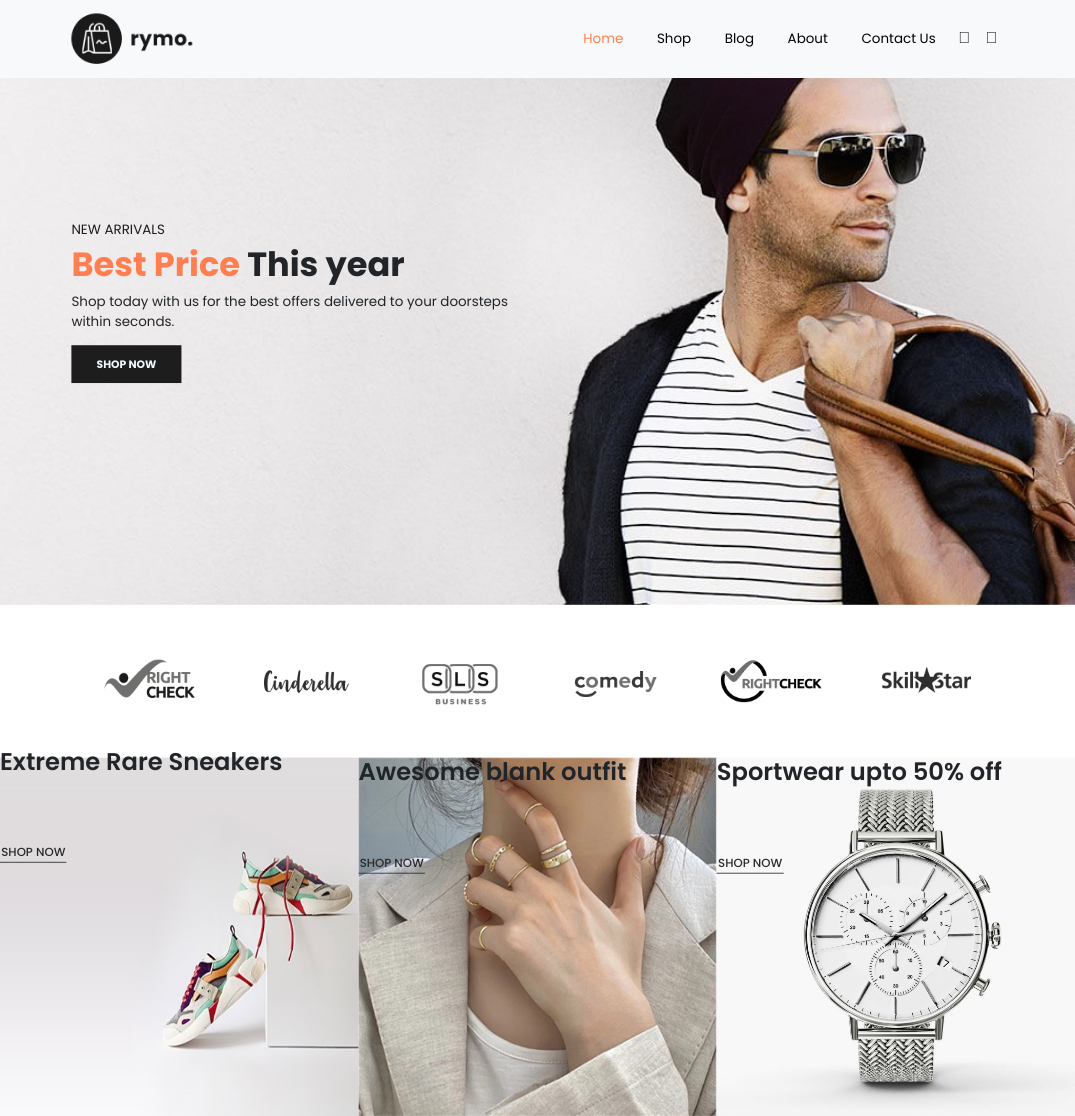
Repository: peter417waweru/e-commerce-UI
Page: index.html
The author's editor kept a copy of each file at every save. The page is drawn from the files as they stood at one save, then again after the next save.
The browser window is 1280 px wide. The pictures show the whole page, at 84% of full size.
Some web libraries are served in a nearby version.

Above is the page before, as saved 2025-02-07 21:25:10.

After the next save:
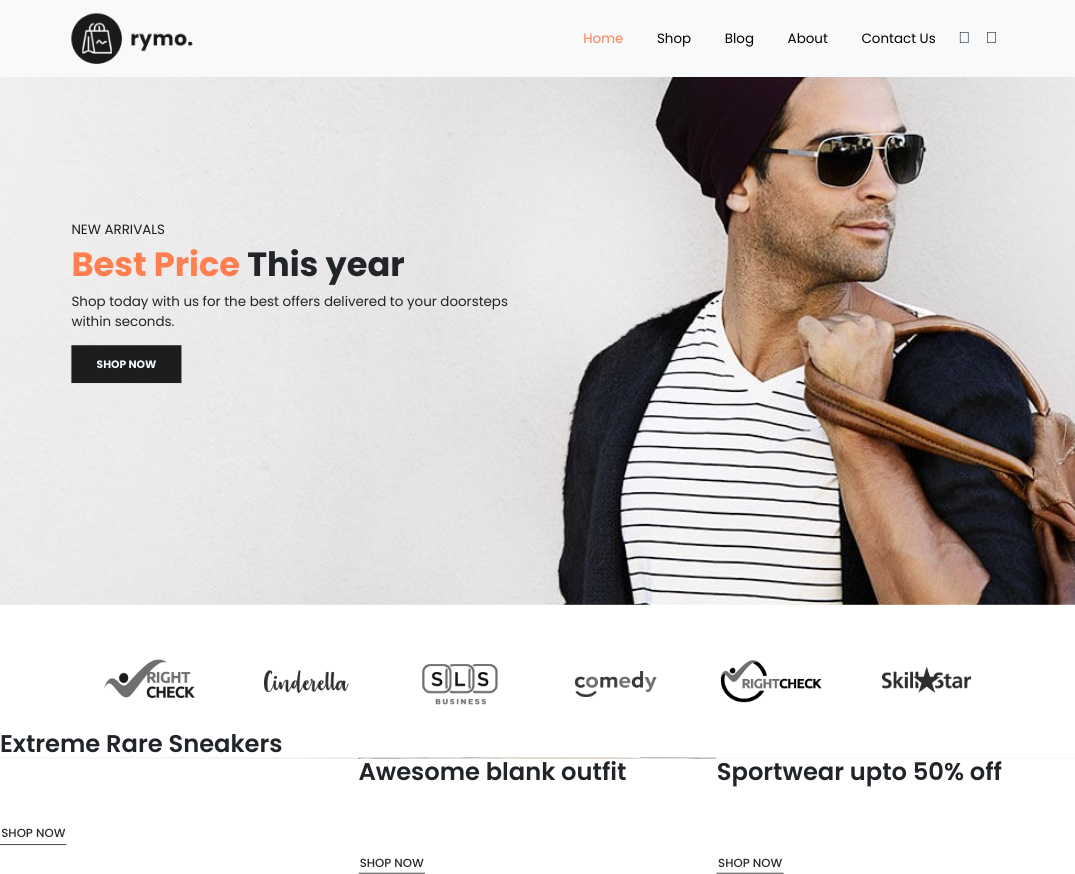
Saved 112 s later.
--- a/style.css
+++ b/style.css
@@ -162,7 +162,7 @@ hr {
   background-position: center center;
   background-repeat: no-repeat;
   background-size: cover;
-  position: relative;
+  position: absolute
 }
 
 
